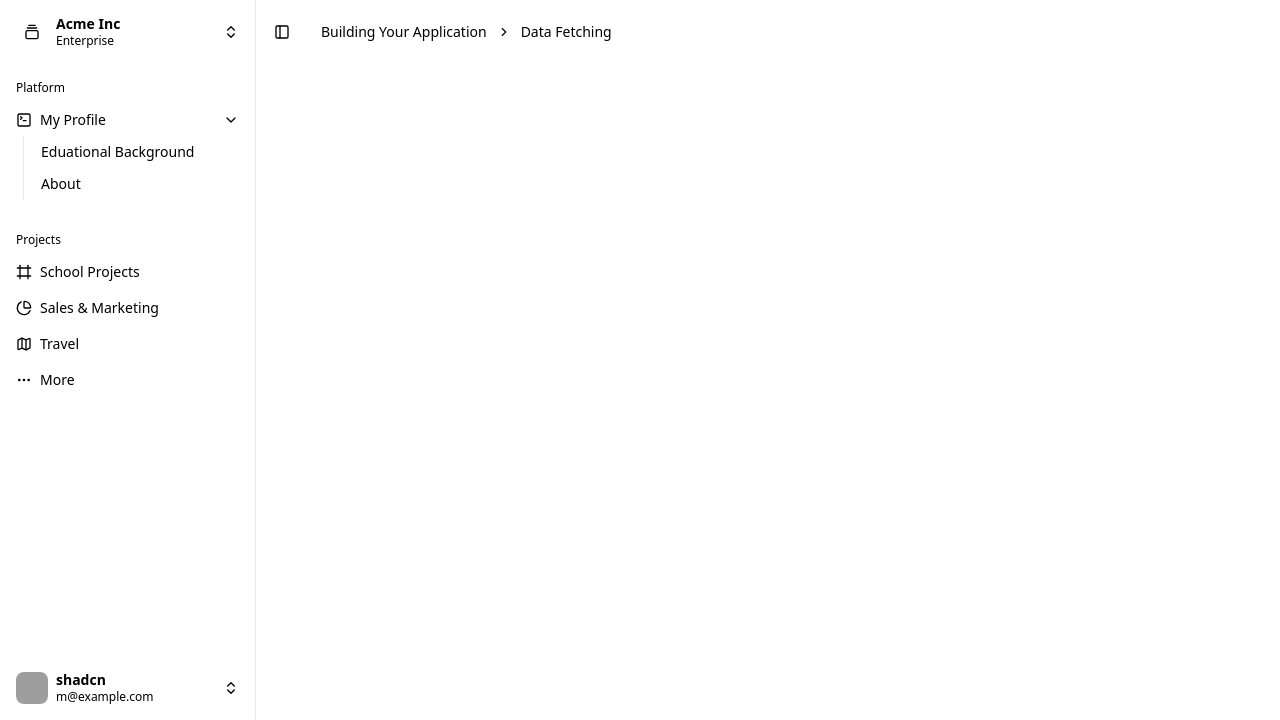
Repository: Kukaas/Kukaass-Portfolio
Page: /
These files come from the project's save history. The page is drawn as it stood at one moment and after the next save; the edit follows.
The browser window is 1280 px wide. The pictures show the whole page.
Pictures or frames that could not be fetched are drawn as grey boxes. The project was rebuilt for these pictures with package versions that can differ from the ones it lists, and the page was loaded fresh each time. Also part of the build but not shown: vite.config.js, src/components/ui/input.jsx, src/components/ui/sheet.jsx, src/components/ui/skeleton.jsx.

Above is the page before, as saved 2024-12-17 13:09:17.

### index.html
<!DOCTYPE html>
<html lang="en">
  <head>
    <meta charset="UTF-8" />
    <link rel="icon" type="image/svg+xml" href="/vite.svg" />
    <meta name="viewport" content="width=device-width, initial-scale=1.0" />
    <title>Kukaass Dev</title>
  </head>
  <body>
    <div id="root"></div>
    <script type="module" src="/src/main.jsx"></script>
  </body>
</html>

### src/App.jsx
import Home from "./components/dashboard/Home";

function App() {
  return (
    <div>
      <Home />
    </div>
  );
}

export default App;

### src/components/dashboard/Home.jsx
import { AppSidebar } from "@/components/app-sidebar";
import {
  Breadcrumb,
  BreadcrumbItem,
  BreadcrumbLink,
  BreadcrumbList,
  BreadcrumbPage,
  BreadcrumbSeparator,
} from "@/components/ui/breadcrumb";
import { Separator } from "@/components/ui/separator";
import {
  SidebarInset,
  SidebarProvider,
  SidebarTrigger,
} from "@/components/ui/sidebar";

export default function Home() {
  return (
    <SidebarProvider>
      <AppSidebar />
      <SidebarInset>
        <header className="flex h-16 shrink-0 items-center gap-2 transition-[width,height] ease-linear group-has-[[data-collapsible=icon]]/sidebar-wrapper:h-12">
          <div className="flex items-center gap-2 px-4">
            <SidebarTrigger className="-ml-1" />
            <Separator orientation="vertical" className="mr-2 h-4" />
            <Breadcrumb>
              <BreadcrumbList>
                <BreadcrumbItem className="hidden md:block">
                  <BreadcrumbLink href="#">
                    Building Your Application
                  </BreadcrumbLink>
                </BreadcrumbItem>
                <BreadcrumbSeparator className="hidden md:block" />
                <BreadcrumbItem>
                  <BreadcrumbPage>Data Fetching</BreadcrumbPage>
                </BreadcrumbItem>
              </BreadcrumbList>
            </Breadcrumb>
          </div>
        </header>
        <div className="flex flex-1 flex-col gap-4 p-4 pt-0">
          <div className="grid auto-rows-min gap-4 md:grid-cols-3">
            <div className="aspect-video rounded-xl bg-muted/50" />
            <div className="aspect-video rounded-xl bg-muted/50" />
            <div className="aspect-video rounded-xl bg-muted/50" />
          </div>
          <div className="min-h-[100vh] flex-1 rounded-xl bg-muted/50 md:min-h-min" />
        </div>
      </SidebarInset>
    </SidebarProvider>
  );
}

### src/components/app-sidebar.jsx
import {
  AudioWaveform,
  BookOpen,
  Bot,
  Command,
  Frame,
  GalleryVerticalEnd,
  Map,
  PieChart,
  Settings2,
  SquareTerminal,
} from "lucide-react";

import { NavMain } from "@/components/nav-main";
import { NavProjects } from "@/components/nav-projects";
import { NavUser } from "@/components/nav-user";
import { TeamSwitcher } from "@/components/team-switcher";
import {
  Sidebar,
  SidebarContent,
  SidebarFooter,
  SidebarHeader,
  SidebarRail,
} from "@/components/ui/sidebar";

// This is sample data.
const data = {
  user: {
    name: "shadcn",
    email: "m@example.com",
    avatar: "/avatars/shadcn.jpg",
  },
  teams: [
    {
      name: "Acme Inc",
      logo: GalleryVerticalEnd,
      plan: "Enterprise",
    },
    {
      name: "Acme Corp.",
      logo: AudioWaveform,
      plan: "Startup",
    },
    {
      name: "Evil Corp.",
      logo: Command,
      plan: "Free",
    },
  ],
  navMain: [
    {
      title: "My Profile",
      url: "#",
      icon: SquareTerminal,
      isActive: true,
      items: [
        {
          title: "Eduational Background",
          url: "#",
        },
        {
          title: "About",
          url: "#",
        },
      ],
    },
  ],
  projects: [
    {
      name: "School Projects",
      url: "#",
      icon: Frame,
    },
    {
      name: "Sales & Marketing",
      url: "#",
      icon: PieChart,
    },
    {
      name: "Travel",
      url: "#",
      icon: Map,
    },
  ],
};

export function AppSidebar({ ...props }) {
  return (
    <Sidebar collapsible="icon" {...props}>
      <SidebarHeader>
        <TeamSwitcher teams={data.teams} />
      </SidebarHeader>
      <SidebarContent>
        <NavMain items={data.navMain} />
        <NavProjects projects={data.projects} />
      </SidebarContent>
      <SidebarFooter>
        <NavUser user={data.user} />
      </SidebarFooter>
      <SidebarRail />
    </Sidebar>
  );
}

### src/components/ui/breadcrumb.jsx
import * as React from "react"
import { Slot } from "@radix-ui/react-slot"
import { ChevronRight, MoreHorizontal } from "lucide-react"

import { cn } from "@/lib/utils"

const Breadcrumb = React.forwardRef(
  ({ ...props }, ref) => <nav ref={ref} aria-label="breadcrumb" {...props} />
)
Breadcrumb.displayName = "Breadcrumb"

const BreadcrumbList = React.forwardRef(({ className, ...props }, ref) => (
  <ol
    ref={ref}
    className={cn(
      "flex flex-wrap items-center gap-1.5 break-words text-sm text-muted-foreground sm:gap-2.5",
      className
    )}
    {...props} />
))
BreadcrumbList.displayName = "BreadcrumbList"

const BreadcrumbItem = React.forwardRef(({ className, ...props }, ref) => (
  <li
    ref={ref}
    className={cn("inline-flex items-center gap-1.5", className)}
    {...props} />
))
BreadcrumbItem.displayName = "BreadcrumbItem"

const BreadcrumbLink = React.forwardRef(({ asChild, className, ...props }, ref) => {
  const Comp = asChild ? Slot : "a"

  return (
    (<Comp
      ref={ref}
      className={cn("transition-colors hover:text-foreground", className)}
      {...props} />)
  );
})
BreadcrumbLink.displayName = "BreadcrumbLink"

const BreadcrumbPage = React.forwardRef(({ className, ...props }, ref) => (
  <span
    ref={ref}
    role="link"
    aria-disabled="true"
    aria-current="page"
    className={cn("font-normal text-foreground", className)}
    {...props} />
))
BreadcrumbPage.displayName = "BreadcrumbPage"

const BreadcrumbSeparator = ({
  children,
  className,
  ...props
}) => (
  <li
    role="presentation"
    aria-hidden="true"
    className={cn("[&>svg]:w-3.5 [&>svg]:h-3.5", className)}
    {...props}>
    {children ?? <ChevronRight />}
  </li>
)
BreadcrumbSeparator.displayName = "BreadcrumbSeparator"

const BreadcrumbEllipsis = ({
  className,
  ...props
}) => (
  <span
    role="presentation"
    aria-hidden="true"
    className={cn("flex h-9 w-9 items-center justify-center", className)}
    {...props}>
    <MoreHorizontal className="h-4 w-4" />
    <span className="sr-only">More</span>
  </span>
)
BreadcrumbEllipsis.displayName = "BreadcrumbElipssis"

export {
  Breadcrumb,
  BreadcrumbList,
  BreadcrumbItem,
  BreadcrumbLink,
  BreadcrumbPage,
  BreadcrumbSeparator,
  BreadcrumbEllipsis,
}

### src/components/nav-main.jsx
"use client"

import { ChevronRight } from "lucide-react";

import {
  Collapsible,
  CollapsibleContent,
  CollapsibleTrigger,
} from "@/components/ui/collapsible"
import {
  SidebarGroup,
  SidebarGroupLabel,
  SidebarMenu,
  SidebarMenuButton,
  SidebarMenuItem,
  SidebarMenuSub,
  SidebarMenuSubButton,
  SidebarMenuSubItem,
} from "@/components/ui/sidebar"

export function NavMain({
  items
}) {
  return (
    (<SidebarGroup>
      <SidebarGroupLabel>Platform</SidebarGroupLabel>
      <SidebarMenu>
        {items.map((item) => (
          <Collapsible
            key={item.title}
            asChild
            defaultOpen={item.isActive}
            className="group/collapsible">
            <SidebarMenuItem>
              <CollapsibleTrigger asChild>
                <SidebarMenuButton tooltip={item.title}>
                  {item.icon && <item.icon />}
                  <span>{item.title}</span>
                  <ChevronRight
                    className="ml-auto transition-transform duration-200 group-data-[state=open]/collapsible:rotate-90" />
                </SidebarMenuButton>
              </CollapsibleTrigger>
              <CollapsibleContent>
                <SidebarMenuSub>
                  {item.items?.map((subItem) => (
                    <SidebarMenuSubItem key={subItem.title}>
                      <SidebarMenuSubButton asChild>
                        <a href={subItem.url}>
                          <span>{subItem.title}</span>
                        </a>
                      </SidebarMenuSubButton>
                    </SidebarMenuSubItem>
                  ))}
                </SidebarMenuSub>
              </CollapsibleContent>
            </SidebarMenuItem>
          </Collapsible>
        ))}
      </SidebarMenu>
    </SidebarGroup>)
  );
}

### src/components/nav-projects.jsx
import { Folder, Forward, MoreHorizontal, Trash2 } from "lucide-react";

import {
  DropdownMenu,
  DropdownMenuContent,
  DropdownMenuItem,
  DropdownMenuSeparator,
  DropdownMenuTrigger,
} from "@/components/ui/dropdown-menu"
import {
  SidebarGroup,
  SidebarGroupLabel,
  SidebarMenu,
  SidebarMenuAction,
  SidebarMenuButton,
  SidebarMenuItem,
  useSidebar,
} from "@/components/ui/sidebar"

export function NavProjects({
  projects
}) {
  const { isMobile } = useSidebar()

  return (
    (<SidebarGroup className="group-data-[collapsible=icon]:hidden">
      <SidebarGroupLabel>Projects</SidebarGroupLabel>
      <SidebarMenu>
        {projects.map((item) => (
          <SidebarMenuItem key={item.name}>
            <SidebarMenuButton asChild>
              <a href={item.url}>
                <item.icon />
                <span>{item.name}</span>
              </a>
            </SidebarMenuButton>
            <DropdownMenu>
              <DropdownMenuTrigger asChild>
                <SidebarMenuAction showOnHover>
                  <MoreHorizontal />
                  <span className="sr-only">More</span>
                </SidebarMenuAction>
              </DropdownMenuTrigger>
              <DropdownMenuContent
                className="w-48 rounded-lg"
                side={isMobile ? "bottom" : "right"}
                align={isMobile ? "end" : "start"}>
                <DropdownMenuItem>
                  <Folder className="text-muted-foreground" />
                  <span>View Project</span>
                </DropdownMenuItem>
                <DropdownMenuItem>
                  <Forward className="text-muted-foreground" />
                  <span>Share Project</span>
                </DropdownMenuItem>
                <DropdownMenuSeparator />
                <DropdownMenuItem>
                  <Trash2 className="text-muted-foreground" />
                  <span>Delete Project</span>
                </DropdownMenuItem>
              </DropdownMenuContent>
            </DropdownMenu>
          </SidebarMenuItem>
        ))}
        <SidebarMenuItem>
          <SidebarMenuButton className="text-sidebar-foreground/70">
            <MoreHorizontal className="text-sidebar-foreground/70" />
            <span>More</span>
          </SidebarMenuButton>
        </SidebarMenuItem>
      </SidebarMenu>
    </SidebarGroup>)
  );
}

### src/components/nav-user.jsx
"use client"

import {
  BadgeCheck,
  Bell,
  ChevronsUpDown,
  CreditCard,
  LogOut,
  Sparkles,
} from "lucide-react"

import {
  Avatar,
  AvatarFallback,
  AvatarImage,
} from "@/components/ui/avatar"
import {
  DropdownMenu,
  DropdownMenuContent,
  DropdownMenuGroup,
  DropdownMenuItem,
  DropdownMenuLabel,
  DropdownMenuSeparator,
  DropdownMenuTrigger,
} from "@/components/ui/dropdown-menu"
import {
  SidebarMenu,
  SidebarMenuButton,
  SidebarMenuItem,
  useSidebar,
} from "@/components/ui/sidebar"

export function NavUser({
  user
}) {
  const { isMobile } = useSidebar()

  return (
    (<SidebarMenu>
      <SidebarMenuItem>
        <DropdownMenu>
          <DropdownMenuTrigger asChild>
            <SidebarMenuButton
              size="lg"
              className="data-[state=open]:bg-sidebar-accent data-[state=open]:text-sidebar-accent-foreground">
              <Avatar className="h-8 w-8 rounded-lg">
                <AvatarImage src={user.avatar} alt={user.name} />
                <AvatarFallback className="rounded-lg">CN</AvatarFallback>
              </Avatar>
              <div className="grid flex-1 text-left text-sm leading-tight">
                <span className="truncate font-semibold">{user.name}</span>
                <span className="truncate text-xs">{user.email}</span>
              </div>
              <ChevronsUpDown className="ml-auto size-4" />
            </SidebarMenuButton>
          </DropdownMenuTrigger>
          <DropdownMenuContent
            className="w-[--radix-dropdown-menu-trigger-width] min-w-56 rounded-lg"
            side={isMobile ? "bottom" : "right"}
            align="end"
            sideOffset={4}>
            <DropdownMenuLabel className="p-0 font-normal">
              <div className="flex items-center gap-2 px-1 py-1.5 text-left text-sm">
                <Avatar className="h-8 w-8 rounded-lg">
                  <AvatarImage src={user.avatar} alt={user.name} />
                  <AvatarFallback className="rounded-lg">CN</AvatarFallback>
                </Avatar>
                <div className="grid flex-1 text-left text-sm leading-tight">
                  <span className="truncate font-semibold">{user.name}</span>
                  <span className="truncate text-xs">{user.email}</span>
                </div>
              </div>
            </DropdownMenuLabel>
            <DropdownMenuSeparator />
            <DropdownMenuGroup>
              <DropdownMenuItem>
                <Sparkles />
                Upgrade to Pro
              </DropdownMenuItem>
            </DropdownMenuGroup>
            <DropdownMenuSeparator />
            <DropdownMenuGroup>
              <DropdownMenuItem>
                <BadgeCheck />
                Account
              </DropdownMenuItem>
              <DropdownMenuItem>
                <CreditCard />
                Billing
              </DropdownMenuItem>
              <DropdownMenuItem>
                <Bell />
                Notifications
              </DropdownMenuItem>
            </DropdownMenuGroup>
            <DropdownMenuSeparator />
            <DropdownMenuItem>
              <LogOut />
              Log out
            </DropdownMenuItem>
          </DropdownMenuContent>
        </DropdownMenu>
      </SidebarMenuItem>
    </SidebarMenu>)
  );
}

### src/components/team-switcher.jsx
import * as React from "react"
import { ChevronsUpDown, Plus } from "lucide-react"

import {
  DropdownMenu,
  DropdownMenuContent,
  DropdownMenuItem,
  DropdownMenuLabel,
  DropdownMenuSeparator,
  DropdownMenuShortcut,
  DropdownMenuTrigger,
} from "@/components/ui/dropdown-menu"
import {
  SidebarMenu,
  SidebarMenuButton,
  SidebarMenuItem,
  useSidebar,
} from "@/components/ui/sidebar"

export function TeamSwitcher({
  teams
}) {
  const { isMobile } = useSidebar()
  const [activeTeam, setActiveTeam] = React.useState(teams[0])

  return (
    (<SidebarMenu>
      <SidebarMenuItem>
        <DropdownMenu>
          <DropdownMenuTrigger asChild>
            <SidebarMenuButton
              size="lg"
              className="data-[state=open]:bg-sidebar-accent data-[state=open]:text-sidebar-accent-foreground">
              <div
                className="flex aspect-square size-8 items-center justify-center rounded-lg bg-sidebar-primary text-sidebar-primary-foreground">
                <activeTeam.logo className="size-4" />
              </div>
              <div className="grid flex-1 text-left text-sm leading-tight">
                <span className="truncate font-semibold">
                  {activeTeam.name}
                </span>
                <span className="truncate text-xs">{activeTeam.plan}</span>
              </div>
              <ChevronsUpDown className="ml-auto" />
            </SidebarMenuButton>
          </DropdownMenuTrigger>
          <DropdownMenuContent
            className="w-[--radix-dropdown-menu-trigger-width] min-w-56 rounded-lg"
            align="start"
            side={isMobile ? "bottom" : "right"}
            sideOffset={4}>
            <DropdownMenuLabel className="text-xs text-muted-foreground">
              Teams
            </DropdownMenuLabel>
            {teams.map((team, index) => (
              <DropdownMenuItem key={team.name} onClick={() => setActiveTeam(team)} className="gap-2 p-2">
                <div className="flex size-6 items-center justify-center rounded-sm border">
                  <team.logo className="size-4 shrink-0" />
                </div>
                {team.name}
                <DropdownMenuShortcut>⌘{index + 1}</DropdownMenuShortcut>
              </DropdownMenuItem>
            ))}
            <DropdownMenuSeparator />
            <DropdownMenuItem className="gap-2 p-2">
              <div
                className="flex size-6 items-center justify-center rounded-md border bg-background">
                <Plus className="size-4" />
              </div>
              <div className="font-medium text-muted-foreground">Add team</div>
            </DropdownMenuItem>
          </DropdownMenuContent>
        </DropdownMenu>
      </SidebarMenuItem>
    </SidebarMenu>)
  );
}

### src/components/ui/button.jsx
import * as React from "react"
import { Slot } from "@radix-ui/react-slot"
import { cva } from "class-variance-authority";

import { cn } from "@/lib/utils"

const buttonVariants = cva(
  "inline-flex items-center justify-center gap-2 whitespace-nowrap rounded-md text-sm font-medium ring-offset-background transition-colors focus-visible:outline-none focus-visible:ring-2 focus-visible:ring-ring focus-visible:ring-offset-2 disabled:pointer-events-none disabled:opacity-50 [&_svg]:pointer-events-none [&_svg]:size-4 [&_svg]:shrink-0",
  {
    variants: {
      variant: {
        default: "bg-primary text-primary-foreground hover:bg-primary/90",
        destructive:
          "bg-destructive text-destructive-foreground hover:bg-destructive/90",
        outline:
          "border border-input bg-background hover:bg-accent hover:text-accent-foreground",
        secondary:
          "bg-secondary text-secondary-foreground hover:bg-secondary/80",
        ghost: "hover:bg-accent hover:text-accent-foreground",
        link: "text-primary underline-offset-4 hover:underline",
      },
      size: {
        default: "h-10 px-4 py-2",
        sm: "h-9 rounded-md px-3",
        lg: "h-11 rounded-md px-8",
        icon: "h-10 w-10",
      },
    },
    defaultVariants: {
      variant: "default",
      size: "default",
    },
  }
)

const Button = React.forwardRef(({ className, variant, size, asChild = false, ...props }, ref) => {
  const Comp = asChild ? Slot : "button"
  return (
    (<Comp
      className={cn(buttonVariants({ variant, size, className }))}
      ref={ref}
      {...props} />)
  );
})
Button.displayName = "Button"

export { Button, buttonVariants }

### src/components/ui/tooltip.jsx
import * as React from "react"
import * as TooltipPrimitive from "@radix-ui/react-tooltip"

import { cn } from "@/lib/utils"

const TooltipProvider = TooltipPrimitive.Provider

const Tooltip = TooltipPrimitive.Root

const TooltipTrigger = TooltipPrimitive.Trigger

const TooltipContent = React.forwardRef(({ className, sideOffset = 4, ...props }, ref) => (
  <TooltipPrimitive.Content
    ref={ref}
    sideOffset={sideOffset}
    className={cn(
      "z-50 overflow-hidden rounded-md border bg-popover px-3 py-1.5 text-sm text-popover-foreground shadow-md animate-in fade-in-0 zoom-in-95 data-[state=closed]:animate-out data-[state=closed]:fade-out-0 data-[state=closed]:zoom-out-95 data-[side=bottom]:slide-in-from-top-2 data-[side=left]:slide-in-from-right-2 data-[side=right]:slide-in-from-left-2 data-[side=top]:slide-in-from-bottom-2",
      className
    )}
    {...props} />
))
TooltipContent.displayName = TooltipPrimitive.Content.displayName

export { Tooltip, TooltipTrigger, TooltipContent, TooltipProvider }

### src/components/ui/avatar.jsx
import * as React from "react"
import * as AvatarPrimitive from "@radix-ui/react-avatar"

import { cn } from "@/lib/utils"

const Avatar = React.forwardRef(({ className, ...props }, ref) => (
  <AvatarPrimitive.Root
    ref={ref}
    className={cn("relative flex h-10 w-10 shrink-0 overflow-hidden rounded-full", className)}
    {...props} />
))
Avatar.displayName = AvatarPrimitive.Root.displayName

const AvatarImage = React.forwardRef(({ className, ...props }, ref) => (
  <AvatarPrimitive.Image
    ref={ref}
    className={cn("aspect-square h-full w-full", className)}
    {...props} />
))
AvatarImage.displayName = AvatarPrimitive.Image.displayName

const AvatarFallback = React.forwardRef(({ className, ...props }, ref) => (
  <AvatarPrimitive.Fallback
    ref={ref}
    className={cn(
      "flex h-full w-full items-center justify-center rounded-full bg-muted",
      className
    )}
    {...props} />
))
AvatarFallback.displayName = AvatarPrimitive.Fallback.displayName

export { Avatar, AvatarImage, AvatarFallback }

Loaded but not shown: src/main.jsx (common file); src/index.css (common file); src/components/ui/separator.jsx (common file); src/lib/utils.js (common file); src/hooks/use-mobile.jsx (common file); src/components/ui/collapsible.jsx (common file); tailwind.config.js (common file); src/components/ui/sidebar.jsx (620 lines, source omitted); src/components/ui/dropdown-menu.jsx (157 lines, source omitted)

After the next save:
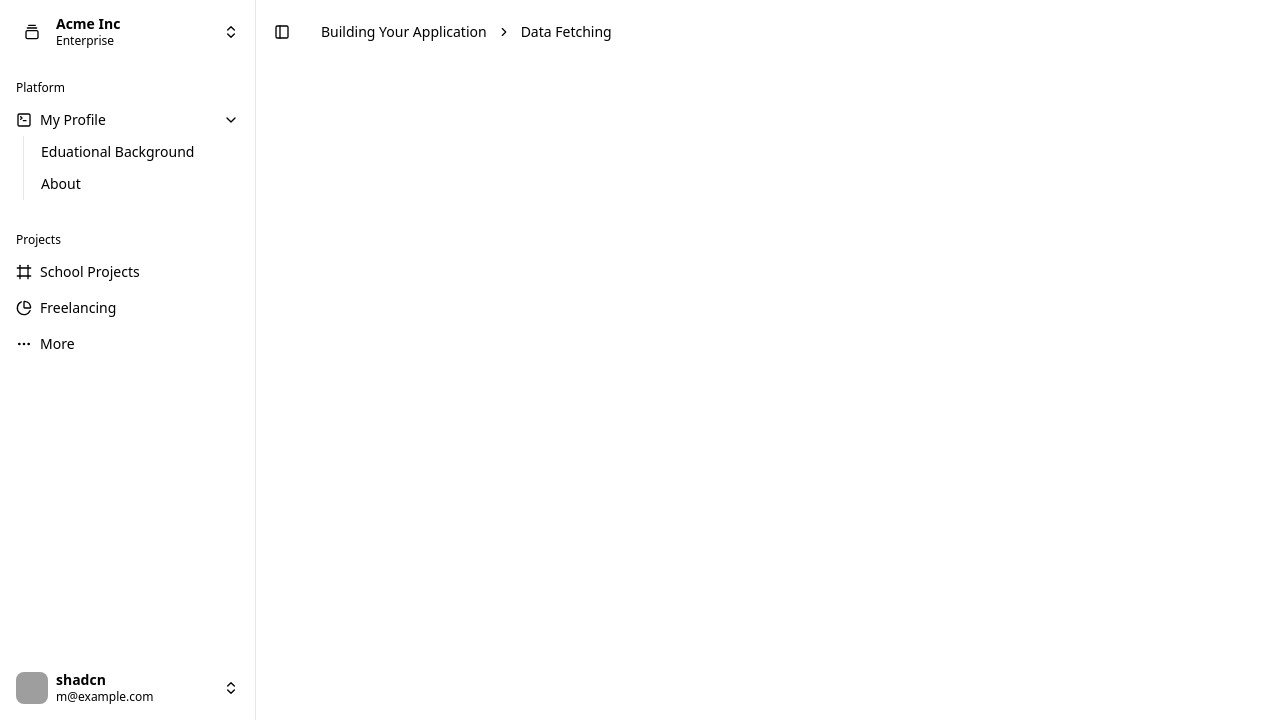
Saved 24 s later.
--- a/src/components/app-sidebar.jsx
+++ b/src/components/app-sidebar.jsx
@@ -72,14 +72,9 @@ const data = {
       icon: Frame,
     },
     {
-      name: "Sales & Marketing",
+      name: "Freelancing",
       url: "#",
       icon: PieChart,
-    },
-    {
-      name: "Travel",
-      url: "#",
-      icon: Map,
     },
   ],
 };
